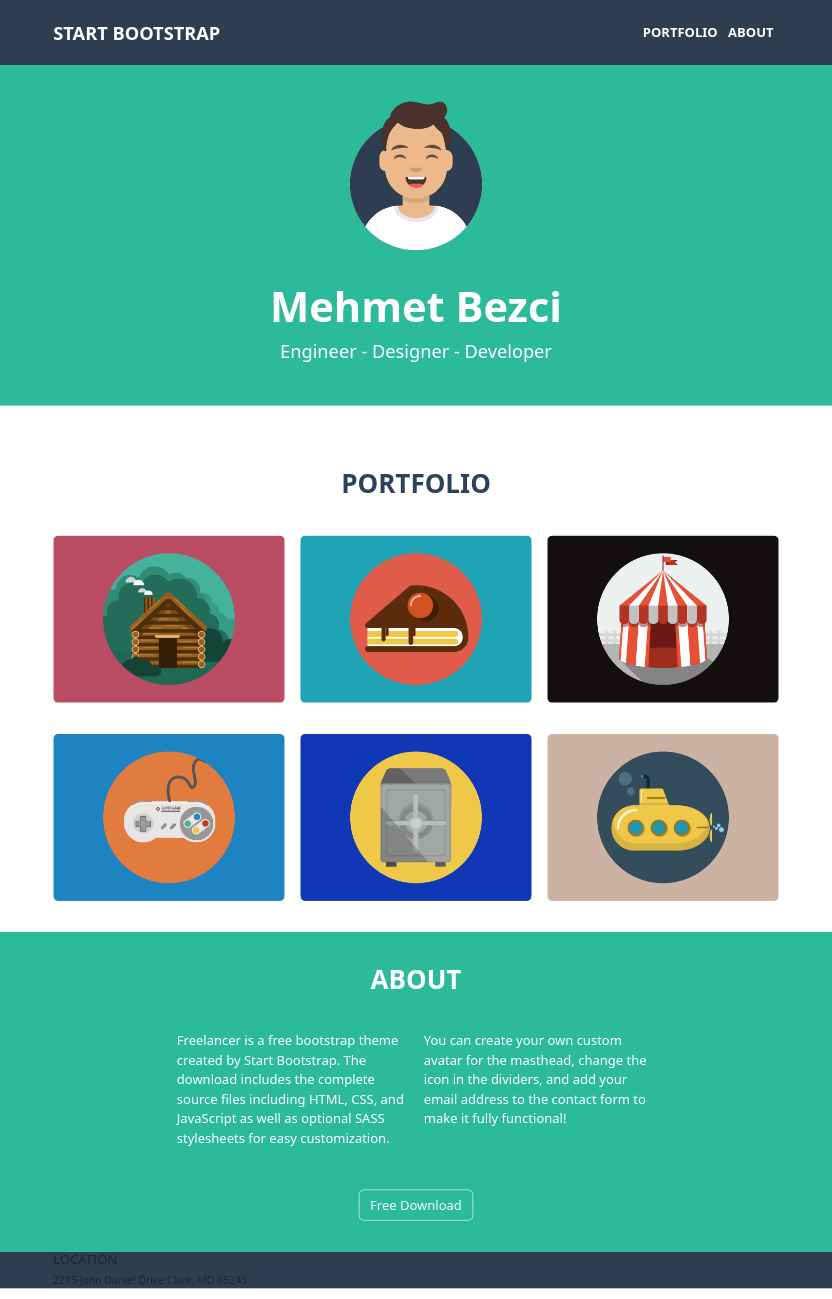
Repository: 7JaxeN7/WT-1255P-Mehmet_BEZC-
Page: index.html
These files come from the project's save history. The page is drawn as it stood at one moment and after the next save; the edit follows.
The browser window is 1280 px wide. The pictures show the whole page, at 65% of full size.

Above is the page before, as saved 2025-01-06 22:22:20.

After the next save:
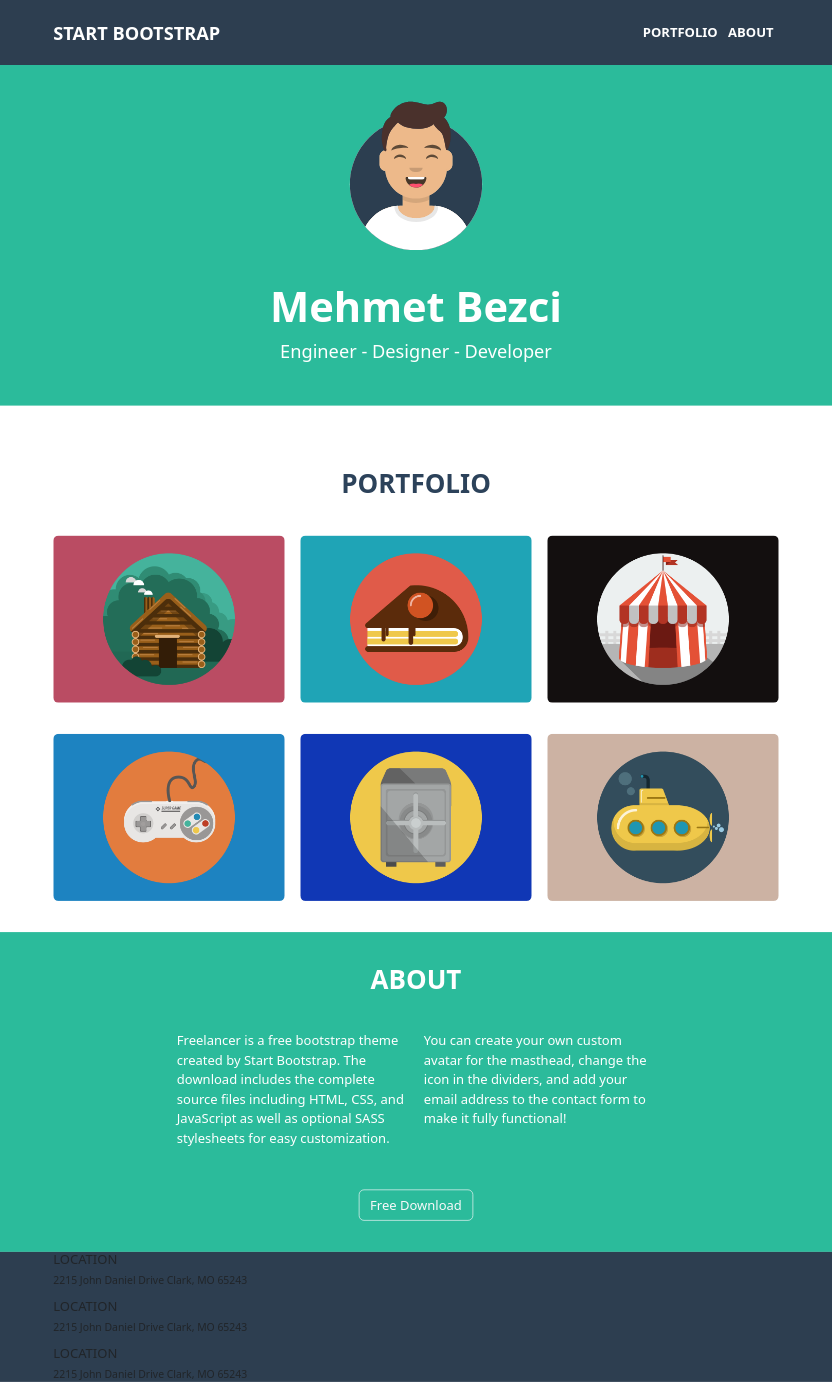
Saved 30 s later.
--- a/index.html
+++ b/index.html
@@ -99,8 +99,16 @@
           <p>2215 John Daniel Drive
             Clark, MO 65243</p>
         </div>
-        <div class="col-lg-4"></div>
-        <div class="col-lg-4"></div>
+        <div class="col-lg-4">
+          <h5>LOCATION</h5>
+          <p>2215 John Daniel Drive
+            Clark, MO 65243</p>
+        </div>
+        <div class="col-lg-4">
+          <h5>LOCATION</h5>
+          <p>2215 John Daniel Drive
+            Clark, MO 65243</p>
+        </div>
       </div>
     </div>
    </footer>
